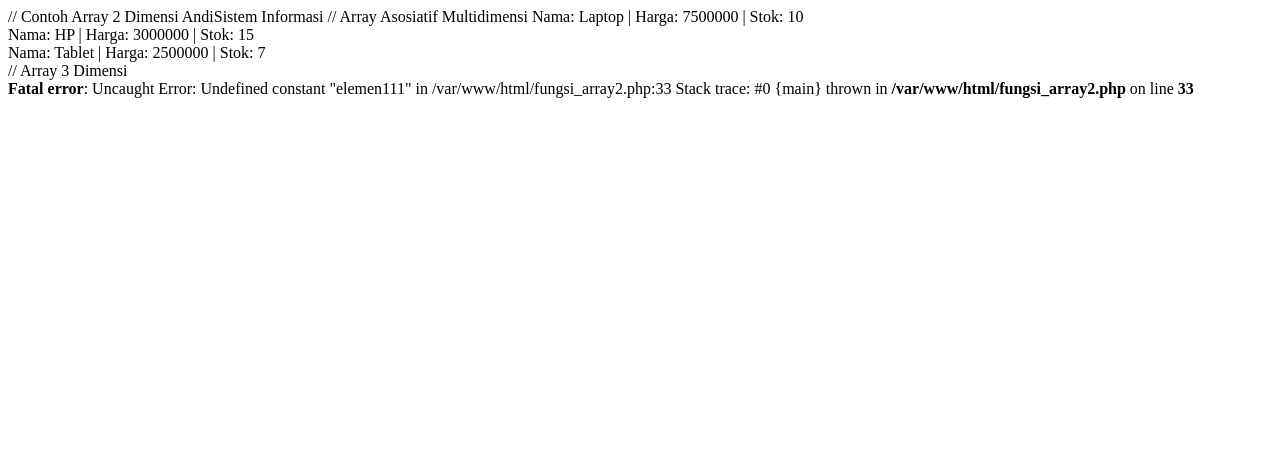
Repository: Bearli-py/latihan_PHP
Page: http://localhost/fungsi_array2.php
These files come from the project's save history. The page is drawn as it stood at one moment and after the next save; the edit follows.
The browser window is 1280 px wide. The pictures show the whole page.
The page is run by PHP 8.4 with error messages shown; the project is at /var/www/html/.

Above is the page before, as saved 2025-10-08 13:16:48.

After the next save:
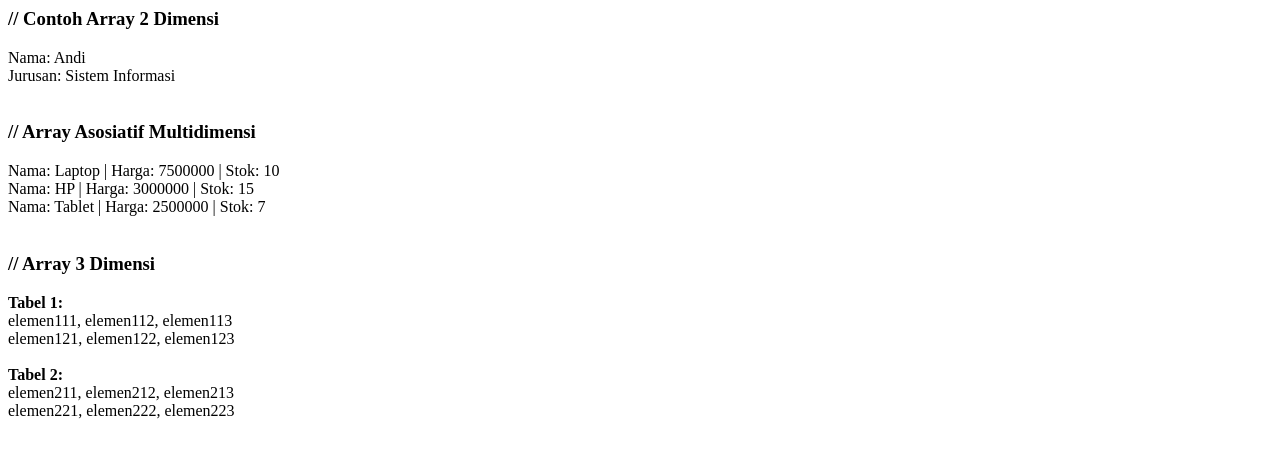
Saved 115 s later.
--- a/fungsi_array2.php
+++ b/fungsi_array2.php
@@ -1,6 +1,9 @@
+<?php
+// ===============================
 // Contoh Array 2 Dimensi
-<?php
-// Array 2 dimensi (tabel mahasiswa: nama, jurusan, angkatan)
+// ===============================
+echo "<h3>// Contoh Array 2 Dimensi</h3>";
+
 $mahasiswa = [
     ["Andi", "Informatika", 2021],
     ["Budi", "Sistem Informasi", 2020],
@@ -8,12 +11,15 @@ $mahasiswa = [
 ];
 
 // Akses elemen
-echo $mahasiswa[0][0]; // Output: Andi
-echo $mahasiswa[1][1]; // Output: Sistem Informasi
-?>
+echo "Nama: " . $mahasiswa[0][0] . "<br>"; // Output: Andi
+echo "Jurusan: " . $mahasiswa[1][1] . "<br><br>"; // Output: Sistem Informasi
 
+
+// ===============================
 // Array Asosiatif Multidimensi
-<?php
+// ===============================
+echo "<h3>// Array Asosiatif Multidimensi</h3>";
+
 $produk = [
     ["nama" => "Laptop", "harga" => 7500000, "stok" => 10],
     ["nama" => "HP", "harga" => 3000000, "stok" => 15],
@@ -24,18 +30,31 @@ $produk = [
 foreach ($produk as $p) {
     echo "Nama: " . $p["nama"] . " | Harga: " . $p["harga"] . " | Stok: " . $p["stok"] . "<br>";
 }
-?>
+echo "<br>";
 
+
+// ===============================
 // Array 3 Dimensi
-<?php
+// ===============================
+echo "<h3>// Array 3 Dimensi</h3>";
+
 $array = [
     [ // Tabel 1
-        [elemen111, elemen112, elemen113],
-        [elemen121, elemen122, elemen123]
+        ["elemen111", "elemen112", "elemen113"],
+        ["elemen121", "elemen122", "elemen123"]
     ],
     [ // Tabel 2
-        [elemen211, elemen212, elemen213],
-        [elemen221, elemen222, elemen223]
+        ["elemen211", "elemen212", "elemen213"],
+        ["elemen221", "elemen222", "elemen223"]
     ]
 ];
+
+// Menampilkan isi array 3 dimensi
+foreach ($array as $tabelIndex => $tabel) {
+    echo "<b>Tabel " . ($tabelIndex + 1) . ":</b><br>";
+    foreach ($tabel as $baris) {
+        echo implode(", ", $baris) . "<br>";
+    }
+    echo "<br>";
+}
 ?>
